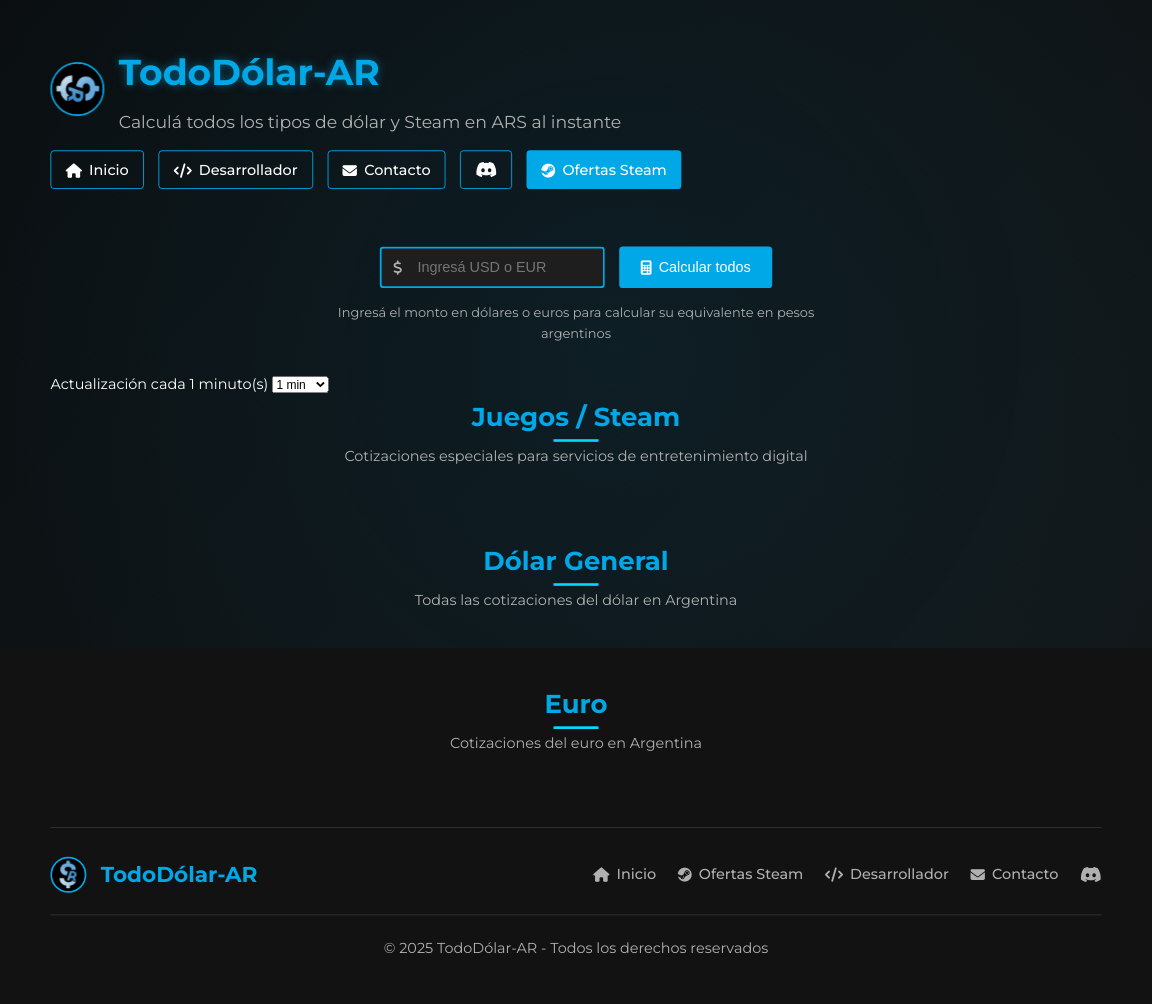
Repository: FabriDevelope/todod-lar-ar
Page: inicio/index.html
The author's editor kept a copy of each file at every save. The page is drawn from the files as they stood at one save, then again after the next save.
The browser window is 1280 px wide. The pictures show the whole page, at 90% of full size.
The page's requests for data from a server got no answer.

Above is the page before, as saved 2025-09-06 23:01:14.

After the next save:
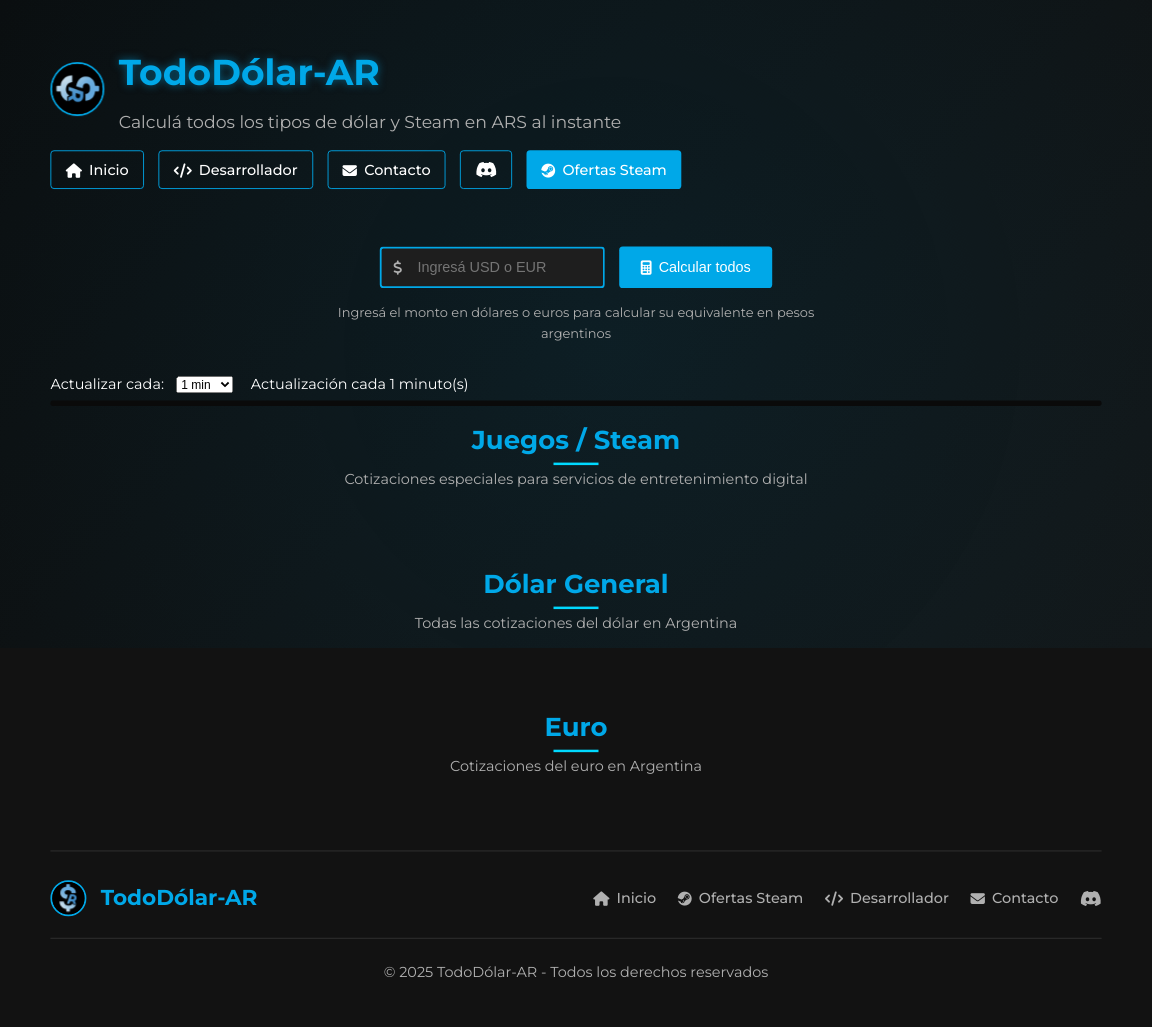
Saved 2 min 6 s later.
--- a/inicio/index.html
+++ b/inicio/index.html
@@ -58,18 +58,20 @@
             <p class="input-description">Ingresá el monto en dólares o euros para calcular su equivalente en pesos argentinos</p>
         </section>
 
-         <div id="update-container">
-            <span id="update-text">Actualización cada 1 minuto</span>
+        <div id="update-container" style="margin: 15px 0;">
+            <label for="update-interval-select" style="color: var(--light-text); margin-right: 10px;">Actualizar cada:</label>
             <select id="update-interval-select">
                 <option value="60000">1 min</option>
                 <option value="300000">5 min</option>
                 <option value="900000">15 min</option>
                 <option value="3600000">1 hora</option>
             </select>
+            <span id="update-text" style="color: var(--light-text); margin-left: 15px;">Actualización cada 1 minuto(s)</span>
+            <div id="update-bar-container" style="background: var(--darker-bg); border-radius: 5px; overflow: hidden; height: 6px; margin-top: 5px;">
+                <div id="update-bar" style="height: 100%; width: 0%; background: var(--accent-color); transition: width 0.1s linear;"></div>
+            </div>
         </div>
-        <div id="update-bar-container">
-            <div id="update-bar"></div>
-        </div>
+
 
 
 
